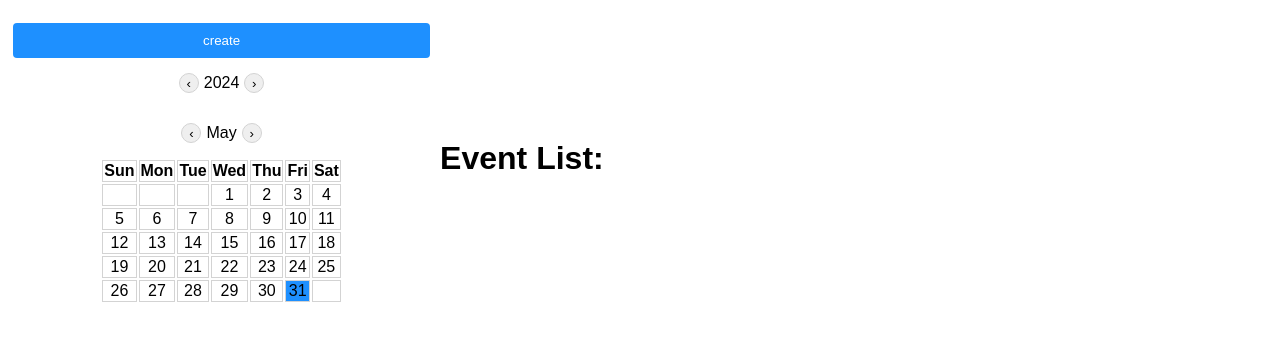
Repository: fateme81yosefi/calendar
Page: index.html
An editor plug-in stored every save of this project. The page is shown before and after the next save, followed by the edit.
The browser window is 1280 px wide. The pictures show the whole page.

Above is the page before, as saved 2024-05-31 09:07:38.

### index.html
<!DOCTYPE html>

<html>

<head>
  <title>calendar</title>
  <link rel="icon" type="image/x-icon" href="/images/fav.png">
  <link rel="stylesheet" href="styles.css">

</head>

<body>

  <div class="container">
    <div class="container-calendar">
      <button class="create-event" id="create-event" onclick="newEvent()">create</button>

      <div class="contain-year">
        <button class="circle-btn" onclick="decYear()">
          &#8249; </button>
        <span id="year"></span>
        <button class="circle-btn" onclick="incYear()"> &#8250;</button>

      </div>
      <div class="contain-month">
        <button class="circle-btn" onclick="dec()"> &#8249; </button>
        <span id="month"></span>
        <button class="circle-btn" onclick="increaseMonth()"> &#8250; </button>
      </div>
      <table>
        <tr>
          <th>Sun</th>
          <th>Mon</th>
          <th>Tue</th>
          <th>Wed</th>
          <th>Thu</th>
          <th>Fri</th>
          <th>Sat</th>
        </tr>

        <script>
          var tableBody = document.createElement("tbody");
          var table = document.querySelector("table");
          table.appendChild(tableBody);

          var rows = 5;
          var cols = 7;
          for (var i = 1; i <= rows; i++) {
            var row = document.createElement("tr");
            for (var j = 1; j <= cols; j++) {
              var cell = document.createElement("td");
              cell.id = i + "-" + j;
              cell.onclick = function () {
                setEventDate(this.id);
              };
              row.appendChild(cell);
            }
            tableBody.appendChild(row);
          }
        </script>
      </table>

    </div>

    <div class="event-list">
      <h1>Event List:</h1>

      <script>
        const eventt = []

      </script>

    </div>
    <div class="new-event" id="new-event">
      <h1>new Event:</h1>
      <input type="text" id="title" class="title" placeholder="Event Title">
      <input type="text" id="desc" class="desc" placeholder="Event description">
      <input type="time" id="time" class="time" placeholder="Event Time">
      <input class="date" id="date" placeholder="Event Date">
      <input type="color" id="color" class="color" placeholder="Please choose a color for your event...">
      <button class="add" onclick="addEvent()">add Event</button>
    </div>

  </div>

  <script src="/scripts.js"></script>

</body>

</html>

### styles.css
* {
  font-family: sans-serif;
}
.container{
  display: flex;
  align-items: center;
  justify-content: start;
  flex-direction: row;
}
tr {
  border: 1px solid LightGray;

}
td,
th {
  border: 1px solid LightGray;
  text-align: center;
}
table{
  width: 20%;
}

.circle-btn {
  width: 20px;
  height: 20px;
  border: 1px solid lightgray;
  border-radius: 100%;
  margin: 5px;
}
.contain-year,
.contain-month {
  display: flex;
  align-items: center;
  justify-content: center;
  flex-direction: row;
  padding: 10px;
}
.container-calendar {
  width: 15%;
  display: flex;
  justify-content: center;
  align-items: center;
  flex-direction: column;
  background-color: rgb(255, 255, 255);
  padding: 20px;
}
.create-event,.add{
  padding: 10px 20px;
  width: 100%;
  background-color: DodgerBlue;
  color: white;
  border: none;
  border-radius: 4px;
  margin-top: 10px;
}
.new-event,.event-list,.container-calendar{
  width: 33%;
  padding: 5px;
}
.new-event{
  flex-direction: column;
  justify-content: center;
  display: none;
}
.new-event input{
  padding: 10px;
  margin-top: 10px;
}
.event{
  border: none;
  border-radius: 10px;
  padding: 10px;
  background-color: Orange;
}
.row-event{
  display: flex;
  flex-direction: row;
  justify-content: space-between;
}
@media screen and (max-width: 900px) {
  .container{
    flex-direction: column;
  }
  .new-event,.event-list,.container-calendar{
    width: 100%;
  }
}

### scripts.js
const d = new Date();
m = d.getMonth()
m++
y = d.getFullYear()
day = d.getDate()
weekday = d.getDay()
weekday++


function getMonth() {
    m = document.getElementById("month").innerHTML
    month = monthNameToNum(m)
    return month
}

function getYear() {
    year = parseInt(document.getElementById("year").innerHTML)
    return year
}

function increaseMonth() {

    month = getMonth()

    month++
    if (month > 12) {
        incYear()
        setMonth(1)

    }
    else {
        fillAllDay(month, y)
        setMonth(month)
    }
}

function dec() {
    month = getMonth()
    month--
    if (month < 1) {
        decYear()
        setMonth(12)
    } else {
        fillAllDay(month, y)
        setMonth(month)
    }

}

function incYear() {
    let yy = getYear()
    yy++;
    document.getElementById("year").innerHTML = yy;
    setYear(yy)
    fillAllDay(m, yy)
}

function decYear() {
    let yy = getYear()
    yy--;
    document.getElementById("year").innerHTML = yy;
    setYear(yy)
    fillAllDay(m, yy)
}

function setYear(y) {
    document.getElementById("year").innerHTML = y
}

function monthNameToNum(m) {
    switch (m) {
        case "January": return 1;
        case "February": return 2;
        case "March": return 3;
        case "April": return 4;
        case "May": return 5;
        case "June": return 6;
        case "July": return 7;
        case "August": return 8;
        case "September": return 9;
        case "October": return 10;
        case "November": return 11;
        case "December": return 12;
    }
}

function setMonth(m) {
    switch (m) {
        case 1: month = "January";
            break;
        case 2: month = "February";
            break;
        case 3: month = "March";
            break;
        case 4: month = "April";
            break;
        case 5: month = "May";
            break;
        case 6: month = "June";
            break;
        case 7: month = "July";
            break;
        case 8: month = "August";
            break;
        case 9: month = "September";
            break;
        case 10: month = "October";
            break;
        case 11: month = "November";
            break;
        case 12: month = "December";
            break;
    }
    document.getElementById("month").innerHTML = month

}

function findFirstDayMonth(m, y) {
    const date = new Date(y + "-" + m + "-" + 1)
    return date.getDay()
}

function calcDayCount(m) {
    switch (m) {
        case 1: return 31;
        case 2: return 28;
        case 3: return 31;
        case 4: return 30;
        case 5: return 31;
        case 6: return 30;
        case 7: return 31;
        case 8: return 31;
        case 9: return 30;
        case 10: return 31;
        case 11: return 30;
        case 12: return 31;
    }
}

function fillAllDay(m, y) {

    dayCount = calcDayCount(m)


    var fd = findFirstDayMonth(m, y);
    fd++;

    let row = 1
    let col = fd
    for (let i = 1; i < col; i++) {
        const x = row + "-" + i;
        document.getElementById(x).innerHTML = ""
    }
    for (let i = 1; i <= dayCount; i++) {
        const x = row + "-" + col;
        document.getElementById(x).style.backgroundColor = "white"

        month = d.getMonth()
        month++
        console.log(y == d.getFullYear())
        if (day == i && m == month && y == d.getFullYear()) {
            document.getElementById(x).style.backgroundColor = "DodgerBlue"
        }

        document.getElementById(x).innerHTML = i;
        if (col >= 7) {
            col = 1;
            row++;
        } else {
            col++;
        }
        if (row >= 6) {
            row = 1;
        }
    }

    for (let i = col; i <= 7; i++) {
        if (row == 5) {
            const x = row + "-" + i;
            document.getElementById(x).innerHTML = ""
        }
    }
}

function newEvent() {
    document.getElementById("new-event").style.display = "flex"
}

function setEventDate(id) {
    return (document.getElementById("" + id).innerHTML)
}

function addEvent() {
    eventt.push({title:document.getElementById("title").value,
                description:document.getElementById("desc").value,
                time:document.getElementById("time").value ,
                date:document.getElementById("date").value,
                bg:document.getElementById("color").value })

    console.log(eventt)
}

function showEvent(){
    var eventlist = document.querySelector(".event-list");

    for (var i = 0; i < eventt.length; i++) {
      var event = document.createElement("div");
      event.className = "event";

      var title = document.createElement("h2");
      title.className = "event-title";
      title.textContent = eventt[i];
      event.appendChild(title);

      var description = document.createElement("span");
      description.textContent = "djkfhusdf";
      event.appendChild(description);

      var rowEvent = document.createElement("div");
      rowEvent.className = "row-event";

      var date = document.createElement("span");
      date.className = "date";
      date.textContent = "2024/5/31";
      rowEvent.appendChild(date);

      var time = document.createElement("span");
      time.className = "time";
      time.textContent = "23:00";
      rowEvent.appendChild(time);

      event.appendChild(rowEvent);

      eventlist.appendChild(event);
    }
}
setMonth(m)
setYear(y)
fillAllDay(m, y)

After the next save:
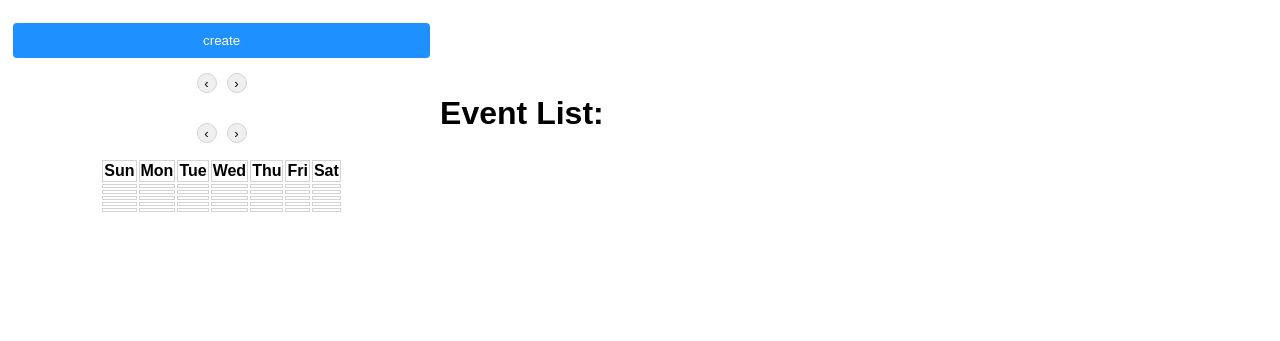
Console error: SyntaxError: Unexpected token '}'
Saved 32 s later.
--- a/scripts.js
+++ b/scripts.js
@@ -201,37 +201,7 @@
 }
 
 function showEvent(){
-    var eventlist = document.querySelector(".event-list");
-
-    for (var i = 0; i < eventt.length; i++) {
-      var event = document.createElement("div");
-      event.className = "event";
-
-      var title = document.createElement("h2");
-      title.className = "event-title";
-      title.textContent = eventt[i];
-      event.appendChild(title);
-
-      var description = document.createElement("span");
-      description.textContent = "djkfhusdf";
-      event.appendChild(description);
-
-      var rowEvent = document.createElement("div");
-      rowEvent.className = "row-event";
-
-      var date = document.createElement("span");
-      date.className = "date";
-      date.textContent = "2024/5/31";
-      rowEvent.appendChild(date);
-
-      var time = document.createElement("span");
-      time.className = "time";
-      time.textContent = "23:00";
-      rowEvent.appendChild(time);
-
-      event.appendChild(rowEvent);
-
-      eventlist.appendChild(event);
+
     }
 }
 setMonth(m)

After the 6 saves that followed:
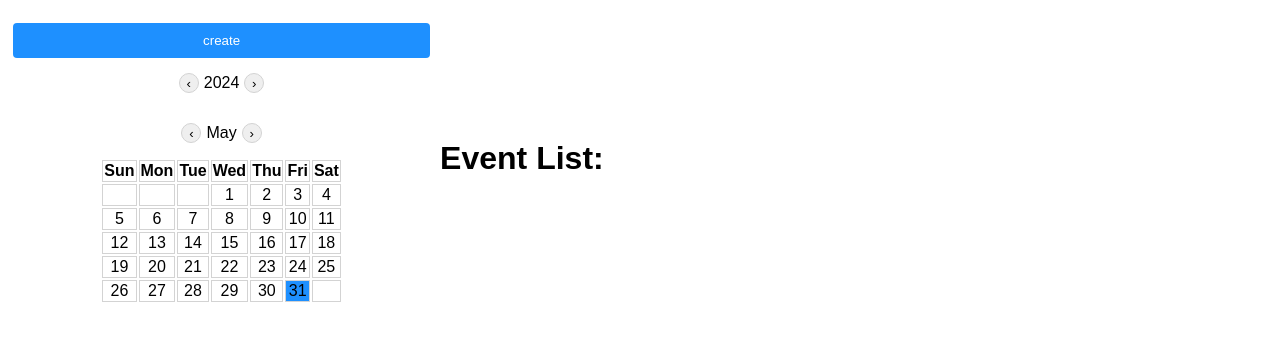
The error is gone.
The 6 saves are shown as one change because 2 left the picture as it was and some came seconds apart.
The last was saved 36 s later.
--- a/index.html
+++ b/index.html
@@ -67,7 +67,38 @@
 
       <script>
         const eventt = []
+        var eventlist = document.querySelector(".event-list");
 
+        for (var i = 0; i < eventt.length; i++) {
+          var event = document.createElement("div");
+          event.className = "event";
+
+          var title = document.createElement("h2");
+          title.className = "event-title";
+          title.textContent = eventt[i];
+          event.appendChild(title);
+
+          var description = document.createElement("span");
+          description.textContent = "djkfhusdf";
+          event.appendChild(description);
+
+          var rowEvent = document.createElement("div");
+          rowEvent.className = "row-event";
+
+          var date = document.createElement("span");
+          date.className = "date";
+          date.textContent = "2024/5/31";
+          rowEvent.appendChild(date);
+
+          var time = document.createElement("span");
+          time.className = "time";
+          time.textContent = "23:00";
+          rowEvent.appendChild(time);
+
+          event.appendChild(rowEvent);
+
+          eventlist.appendChild(event);
+        }
       </script>
 
     </div>
--- a/scripts.js
+++ b/scripts.js
@@ -202,7 +202,7 @@
 
 function showEvent(){
 
-    }
+
 }
 setMonth(m)
 setYear(y)
